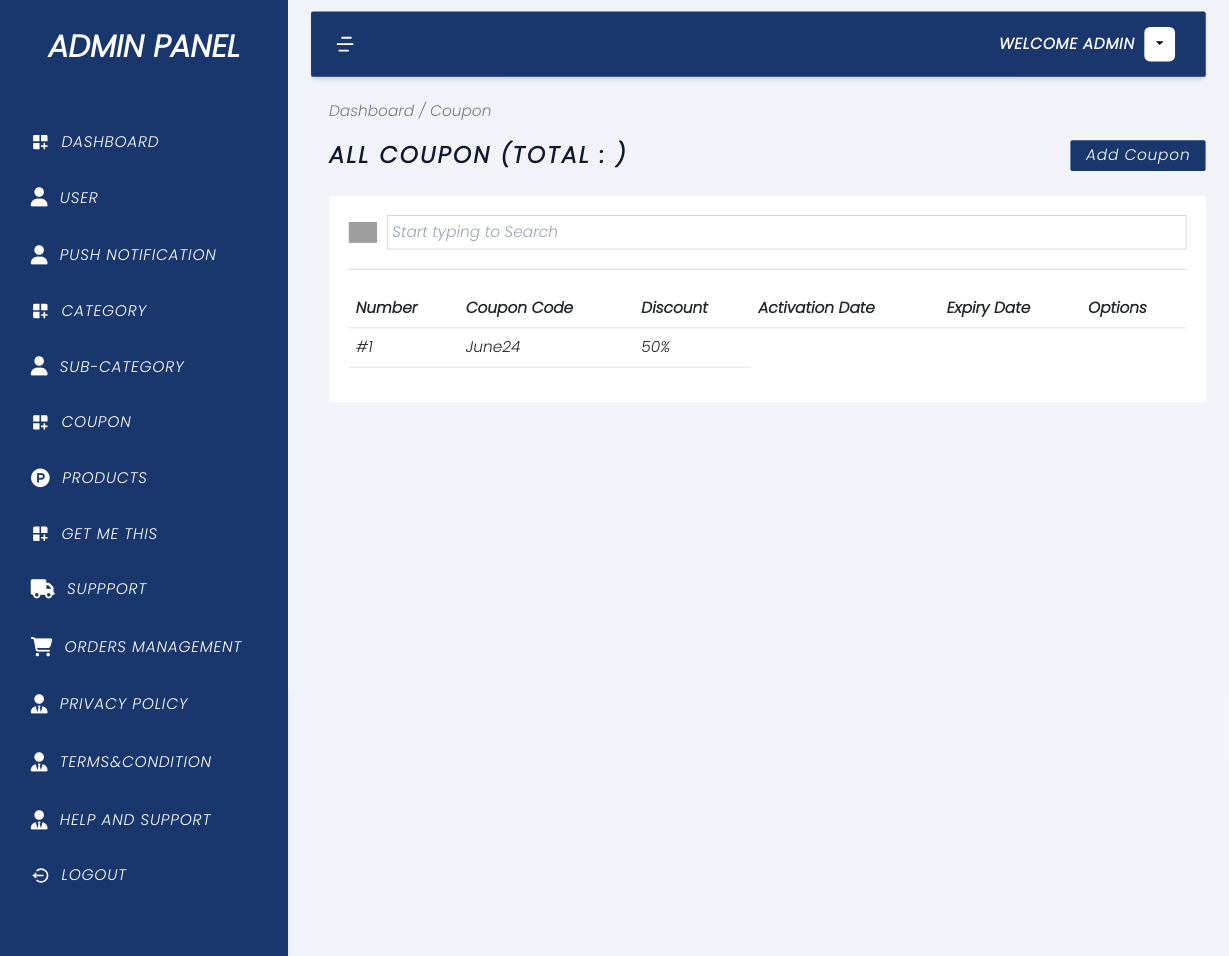
Repository: arpanmalik/project-khanna
Page: /coupon
These files come from the project's save history. The page is drawn as it stood at one moment and after a run of saves; the edit follows.
The browser window is 1280 px wide. The pictures show the whole page, at 96% of full size.
Pictures or frames that could not be fetched are drawn as grey boxes. Some web libraries are served in a nearby version. The project was rebuilt for these pictures with package versions that can differ from the ones it lists, and the page was loaded fresh each time. Also part of the build but not shown: src/E-CommerceAdmin/forms/Login.jsx, src/E-CommerceAdmin/pages/Dashboard.jsx, src/E-CommerceAdmin/pages/ECategory.js, src/E-CommerceAdmin/pages/EProduct.js, src/E-CommerceAdmin/pages/EVendorList.js, src/E-CommerceAdmin/pages/EAdminOrders.js, src/E-CommerceAdmin/pages/EAdminProduct.js, src/E-CommerceAdmin/pages/EAdminDelivery.js and 11 more. Imported but missing from the stored project, and not drawn on this page: src/E-CommerceAdmin/pages/Component/SpinnerComp, src/E-CommerceVendor/forms/EVendorLogin, src/E-CommerceVendor/pages/EVCategory, src/E-CommerceVendor/pages/EVCoupon, src/E-CommerceVendor/pages/EVDashboard, src/E-CommerceVendor/pages/EVOrders, src/E-CommerceVendor/pages/EVProduct, src/E-CommerceVendor/pages/EVSubCategory.

Above is the page before, as saved 2023-05-16 15:58:58.

### public/index.html
<!-- @format -->

<!DOCTYPE html>
<html lang="en">
  <head>
    <meta charset="utf-8" />
    <meta name="viewport" content="width=device-width, initial-scale=1" />
    <meta name="theme-color" content="#000000" />
    <meta
      name="description"
      content="Web site created using create-react-app"
    />
    <link rel="manifest" href="%PUBLIC_URL%/manifest.json" />
    <link rel="preconnect" href="https://fonts.googleapis.com">
<link rel="preconnect" href="https://fonts.gstatic.com" crossorigin>
<link href="https://fonts.googleapis.com/css2?family=Roboto+Mono:ital,wght@1,300&display=swap" rel="stylesheet">
    <title>Admin Panel</title>
  </head>
  <body>
    <noscript>You need to enable JavaScript to run this app.</noscript>
    <div id="root"></div>
    <script src="https://code.jquery.com/jquery-3.6.0.min.js"></script>
    <script src="https://kit.fontawesome.com/b533b351e4.js" crossorigin="anonymous"></script>
  </body>
</html>

### src/index.js
import React from "react";
import ReactDOM from "react-dom/client";
import "./index.css";
import App from "./App";
import { BrowserRouter } from "react-router-dom";
import 'bootstrap/dist/css/bootstrap.min.css'

const root = ReactDOM.createRoot(document.getElementById("root"));
root.render(
  <React.StrictMode>
    <BrowserRouter>
      <App />
    </BrowserRouter>
  </React.StrictMode>
);

### src/index.css
/** @format */

@tailwind base;
@tailwind components;
@tailwind utilities;

@import url("https://fonts.googleapis.com/css2?family=Roboto+Mono:ital,wght@1,300&display=swap");
@font-face {
  font-family: Roboto;
  src: url("./Fonts/Poppins-LightItalic.ttf");
}

body {
  margin: 0;
  font-family: Roboto !important;
  -webkit-font-smoothing: antialiased;
  -moz-osx-font-smoothing: grayscale;
}

code {
  font-family: Roboto !important;
}

html {
  font-family: Roboto !important;
}

::-webkit-scrollbar {
  width: 10px;
}
.fa-trash {
  color: red;
  cursor: pointer;
}

.iCOn {
  transition: 0.5s;
  box-shadow: none;
  transform: scale(1);
}
.cardDiv {
  cursor: pointer;
}

.cardDiv:hover .iCOn {
  box-shadow: rgba(0, 0, 0, 0.35) 0px 5px 15px;
  transform: scale(1.3);
}

/* Track */
::-webkit-scrollbar-track {
  background: #f1f1f1;
}

/* Handle */
::-webkit-scrollbar-thumb {
  background: #888;
}

/* Handle on hover */
::-webkit-scrollbar-thumb:hover {
  background: #555;
}
.profileImage {
  width: 100px;
}
.fa-eye {
  color: #029aff;
  cursor: pointer;
}
.fa-edit {
  cursor: pointer;
  color: blue;
}

.View {
  border: 1px solid black;
  width: 100%;
  padding: 10px;
}

.main-card--container {
  display: grid;
  grid-template-columns: repeat(3, minmax(300px, 500px));
  grid-gap: 50px;
  justify-content: space-around;
}
.card-container {
  margin: 25px 0 auto;
  box-shadow: rgba(0, 0, 0, 0.35) 0px 5px 15px;
  position: relative;
  display: grid;
  grid-template-columns: 1fr;
  justify-content: space-around;
  align-items: flex-start;
}

.myEdit:focus {
  box-shadow: rgba(0, 0, 0, 0.35) 0px 5px 15px;
}

.AstroLogin {
  color: #fff;
  background-color: #2b7a8e;
  padding: 10px;
  width: 380px;
  text-align: center;
  font-size: 20px;
  background: linear-gradient(to left, #2b7a8e 50%, #fff 50%) right;
  background-size: 200%;
  transition: 0.5s ease-out;
  border: 1px solid #2b7a8e;
  margin-top: 10px;
  text-transform: uppercase;
}
.AstroLogin:hover {
  background-position: left;
  color: #2b7a8e;
}

.EcommerceAdminLogin {
  color: #fff;
  background-color: #19376d;
  padding: 10px;
  width: 380px;
  text-align: center;
  font-size: 20px;
  background: linear-gradient(to left, #19376d 50%, #fff 50%) right;
  background-size: 200%;
  transition: 0.5s ease-out;
  border: 1px solid #19376d;
  margin-top: 10px;
  text-transform: uppercase;
}

.EcommerceAdminLogin:hover {
  background-position: left;
  color: #19376d;
}
.EcommerceVendorLogin {
  color: #fff;
  background-color: #576cbc;
  padding: 10px;
  width: 380px;
  text-align: center;
  font-size: 20px;
  background: linear-gradient(to left, #576cbc 50%, #fff 50%) right;
  background-size: 200%;
  transition: 0.5s ease-out;
  border: 1px solid #576cbc;
  margin-top: 10px;
  text-transform: uppercase;
}

.EcommerceVendorLogin:hover {
  background-position: left;
  color: #576cbc;
}

.view {
  background-color: #2196f3;
  color: #fff;
  width: 50%;
  padding: 5px;
}

.two-sec {
  display: flex;
  justify-content: space-evenly;
  justify-content: space-evenly;
}
.two-sec .left {
  width: 60%;
  background-color: #f6f1ef;
  padding: 20px;
}
.two-sec .left .head {
  font-size: 25px;
  font-weight: bold;
}

.two-sec .right {
  width: 30%;
  background-color: #f6f1ef;
}

.searchDiv {
  width: 100%;
  display: flex;
  gap: 10px;
  border: 1px solid rgb(179, 179, 179);
  padding: 10px;
  margin-bottom: 20px;
  align-items: center;
}
.searchDiv input {
  width: 94%;
  outline: none;
  border: none;
}

.flexCont {
  display: flex;
  align-items: center;
  gap: 10px;
}
.flexCont img {
  width: 60px;
  background-color: #e9ecef;
}

.blockContent {
  display: block;
}
.blockContent p {
  margin: 0;
}

.checkBox {
  width: 50px;
  height: 25px;
  background-color: #e9ecef;
  border-radius: 50px;
  position: relative;
  cursor: pointer;
}
.checkBox span {
  width: 20px;
  height: 20px;
  border-radius: 100%;
  background-color: #fff;
  position: absolute;
  left: 5px;
  top: 2px;
}
.ActivecheckBox {
  width: 50px;
  height: 25px;
  background-color: #0d6efd;
  border-radius: 50px;
  position: relative;
  cursor: pointer;
}
.ActivecheckBox span {
  width: 20px;
  height: 20px;
  border-radius: 100%;
  background-color: #fff;
  position: absolute;
  right: 5px;
  top: 2px;
}

.fa-eye {
  color: #0cba73;
  background-color: #d6f8e8;
  width: 40px;
  text-align: center;
  height: 40px;
  display: flex;
  border-radius: 100%;
  justify-content: center;
  padding-top: 10px;
  transition: 0.5s;
}

.fa-pen-to-square {
  color: #f4c39c;
  background-color: #ffebdb;
  width: 40px;
  text-align: center;
  height: 40px;
  display: flex;
  border-radius: 100%;
  justify-content: center;
  padding-top: 10px;
  cursor: pointer;
  transition: 0.5s;
}
.fa-trash {
  color: #df939f;
  background-color: #ffe1e8;
  width: 40px;
  text-align: center;
  height: 40px;
  display: flex;
  border-radius: 100%;
  justify-content: center;
  padding-top: 10px;
  cursor: pointer;
  transition: 0.5s;
}
.fa-trash:hover {
  transform: scale(1.2);
}
.fa-eye:hover {
  transform: scale(1.2);
}
.fa-pen-to-square:hover {
  transform: scale(1.2);
}
.required {
  color: #e74260;
}

.headP {
  margin-left: 2%;
  color: #7b7c7d;
}
.filterBox {
  display: flex;
  align-items: center;
  gap: 10px;
  border-bottom: 1px solid #d4d7dc;
  padding-bottom: 20px;
  margin-bottom: 20px;
}
.filterBox img {
  width: 30px;
}
.filterBox input {
  width: 100%;
  border: 1px solid #d4d7dc;
  outline: none;
  padding: 5px;
  color: black;
}
.sectionCont {
  width: 98%;
  background-color: #fff;
  margin-left: 2%;
  padding: 20px;
}

.overFlowCont {
  width: 100%;
  overflow-x: auto;
}

.logo {
  width: 300px;
  margin-bottom: 20px;
}

.updateProfile {
  margin-left: 20px;
  border: 1px solid #fff;
  border-radius: 100%;
  font-size: 1.2rem;
  padding: 10px;
  transition: 0.5s;
  cursor: pointer;
}
.updateProfile:hover {
  border: 1px solid #19376d;
  color: #19376d;
  background-color: #fff;
}

.Normalbtn {
  background-color: #19376d !important;
  border: 1px solid #19376d !important;
  border-radius: 0px !important;
}

.ImageCarousel {
  width: 150px !important;
  margin: 0px !important;
  height: 150px !important;
}
.CarouselImages {
  width: 150px !important;
  height: 150px !important;
}
.CarouselImages img {
  width: 100% !important;
  height: 100% !important;
}

.ModalCarousel {
  width: 100% !important;
  height: 500px !important;
}
.ModalCarousel {
  width: 100% !important;
  height: 500px !important;
}
.ModalCarousel img {
  width: 100% !important;
  height: 500px !important;
}

.gridCont {
  display: grid;
  grid-template-columns: auto auto auto;
  justify-content: space-evenly;
}
.gridCont div {
  width: 400px;
  height: 300px;
  box-shadow: rgba(0, 0, 0, 0.35) 0px 5px 15px;
  padding: 10px;
  position: relative;
  margin-top: 20px;
}
.gridCont div img {
  width: 100%;
}
.delete-Btn {
  width: 90%;
  margin-left: 2%;
  color: #c44b3f;
  border: 1px solid #c44b3f;
  position: absolute;
  bottom: 10px;
  transition: 0.5s;
  padding: 10px;
}

.delete-Btn:hover {
  background-color: #c44b3f;
  color: #fff;
}

.BannerCarousel {
  width: 300px;
  margin: 0px !important;
}
.BannerCarouselImage {
  width: 300px;
}
.BannerCarouselImage img {
  width: 100%;
}

.pagination {
  display: flex;
  justify-content: center;
  align-items: center;
  gap: 10px;
  margin-bottom: 20px;
}
.pagination button {
  border: 1px solid black;
  padding: 10px;
}

.activePage {
  background-color: #19376d;
  color: #fff;
  border: 1px solid #19376d !important;
}

.active {
  background-color: #fff;
  color: #19376d !important;
}
.prevBtn {
  background-color: #fff;
  color: #19376d;
  border: 1px solid #19376d !important;
  transition: 0.5s;
}

.prevBtn:hover,
.prevBtn:focus,
.prevBtn:active {
  background-color: #19376d;
  color: #fff;
  border: 1px solid #19376d !important;
}
.nextBtn {
  background-color: #fff;
  color: #19376d;
  border: 1px solid #19376d !important;
  transition: 0.5s;
}

.nextBtn:hover,
.nextBtn:focus,
.nextBtn:active {
  background-color: #19376d;
  color: #fff;
  border: 1px solid #19376d !important;
}

.dangerBox {
  position: relative;
}
.dangerBox i {
  position: absolute;
  top: 50%;
  left: 90%;
  transform: translate(-50%, -50%);
  cursor: pointer;
}



#dropdown-basic{
  background-color: white;
  color: #000;
  border: none;
}

### src/E-CommerceAdmin/pages/Coupon.js
/** @format */
import React  from "react";
import { Button, Form, Modal, Table } from "react-bootstrap";
import HOC from "../layout/HOC";

const Coupon = () => {
  const [modalShow, setModalShow] = React.useState(false);





  function MyVerticallyCenteredModal(props) {

    return (
      <Modal
        {...props}
        size="lg"
        aria-labelledby="contained-modal-title-vcenter"
        centered
      >
        <Modal.Header closeButton>
          <Modal.Title id="contained-modal-title-vcenter">
            {" "}
            Add Coupon Code
          </Modal.Title>
        </Modal.Header>
        <Modal.Body>
          <Form >
            <Form.Group className="mb-3">
              <Form.Label>Coupon Length</Form.Label>
              <Form.Control
                type="number"
                min={0}
                required
              />
            </Form.Group>

            <Form.Group className="mb-3">
              <Form.Label>Discount Start</Form.Label>
              <Form.Control
                type="number"
                min={0}
                required
              />
            </Form.Group>

            <Form.Group className="mb-3">
              <Form.Label>Discount End</Form.Label>
              <Form.Control
                type="number"
                min={0}
                required
              />
            </Form.Group>

            <Form.Group className="mb-3">
              <Form.Label>Available Start</Form.Label>
              <Form.Control
                type="number"
                min={0}
                required
              />
            </Form.Group>
            <Form.Group className="mb-3">
              <Form.Label>Available End</Form.Label>
              <Form.Control
                type="number"
                min={0}
                required
              />
            </Form.Group>

            <Button
              style={{ backgroundColor: "#19376d", borderRadius: "0" }}
              type="submit"
            >
              Submit
            </Button>
          </Form>
        </Modal.Body>
      </Modal>
    );
  }

  const data =[
    {
      code : "June24" ,
      discount : "50%" ,
      ADate : "12 June 2023" ,
      EDate : "24 July 2023"
    }
  ]


  return (
    <>
      <MyVerticallyCenteredModal
        show={modalShow}
        onHide={() => setModalShow(false)}
      />

      <p className="headP">Dashboard / Coupon</p>

      <div
        className="pb-4 sticky top-0  w-full flex justify-between items-center"
        style={{ width: "98%", marginLeft: "2%" }}
      >
        <span
          className="tracking-widest text-slate-900 font-semibold uppercase "
          style={{ fontSize: "1.5rem" }}
        >
          All Coupon (Total : )
        </span>
        <button
          onClick={() => {
            setModalShow(true);
          }}
          className="md:py-2 px-3 md:px-4 py-1 rounded-sm  bg-[#19376d] text-white tracking-wider"
        >
          Add Coupon
        </button>
      </div>
      <section className="sectionCont">
        <div className="filterBox">
          <img
            src="https://t4.ftcdn.net/jpg/01/41/97/61/360_F_141976137_kQrdYIvfn3e0RT1EWbZOmQciOKLMgCwG.jpg"
            alt=""
          />
          <input
            type="search"
            placeholder="Start typing to Search"
          />
        </div>

        <div className="overFlowCont">
          <Table>
            <thead>
              <tr>
                <th>Number</th>
                <th>Coupon Code</th>
                <th>Discount</th>
                <th>Activation Date</th>
                <th>Expiry Date</th>
                <th>Options</th>
              </tr>
            </thead>
            <tbody>
              {data.map((i , index) => (
                <tr key={index}>
                  <td> #{index + 1} </td>
                  <td> {i.code} </td>
                  <td> {i.discount} </td>
                </tr>
              ))}
            </tbody>
          </Table>
        </div>
      </section>
    </>
  );
};

export default HOC(Coupon);

### src/E-CommerceAdmin/layout/HOC.jsx
/** @format */

import React, { useState } from "react";
import Navbar from "./Navbar";
import Sidebar from "./Sidebar";

const HOC = (Wcomponenet) => {
  return function Component() {
    const [hamb, setHamb] = useState(false);
    return (
      <>
        <section
          className="flex overflow-x-hidden relative "
          style={{ backgroundColor: "#f2f3f8" }}
        >
          {/* Sidebar */}
          <div
            className={
              hamb
                ? " absolute top-0 z-30 md:w-auto shadow-md bg-slate-200  w-60 transition-all md:-left-full left duration-150  h-auto overflow-y-auto  left-0 "
                : " md:w-72 z-30 bg-slate-200  shadow-md  md:static absolute top-0 -left-full   transition-all duration-150  overflow-y-auto h-auto"
            }
            style={{ minWidth: "300px" }}
          >
            <Sidebar hamb={hamb} setHamb={setHamb} />
          </div>
          {/* Components & Navbar */}
          <div
            className={
              hamb
                ? " transition-all px-4 py-2  duration-150 w-full h-screen"
                : " w-full h-screen  px-4 py-2   z-50 transition-all duration-150 "
            }
            style={{ backgroundColor: "#f2f3f8" }}
          >
            <Navbar hamb={hamb} setHamb={setHamb} />
            <div className="my-6 text-#000 h-[87%] wcomp overflow-y-auto">
              {" "}
              <Wcomponenet />
            </div>
          </div>
        </section>
      </>
    );
  };
};

export default HOC;

### src/E-CommerceAdmin/layout/Navbar.jsx
/** @format */
import { RiMenu4Line } from "react-icons/ri";
import Dropdown from "react-bootstrap/Dropdown";
import { UpdateProfile } from "../../Modals";
import { useState } from "react";
import { useNavigate } from "react-router-dom";
import { toast } from "react-toastify";

const Navbar = ({ hamb, setHamb }) => {
  const [modalShow, setModalShow] = useState(false);
  const navigate = useNavigate();

  function LogOut () {
    navigate('/')
    toast.success("Logged Out")
  }

  return (
    <>
      <UpdateProfile show={modalShow} onHide={() => setModalShow(false)} />
      <div
        className={
          hamb
            ? "flex  w-full justify-between  my-1 rounded-sm  p-4 py-3 shadow-md items-center  bg-slate-200 space-x-4"
            : "flex  w-full justify-between my-1 rounded-sm  p-4 py-3 shadow-md items-center  bg-slate-200 space-x-4"
        }
        style={{ backgroundColor: "#19376d" }}
      >
        <RiMenu4Line
          onClick={() => setHamb(!hamb)}
          className="text-2xl font-bold text-gray-900 hover:scale-90 cursor-pointer"
          style={{ color: "#fff" }}
        />

        <section className="flex sm:ml-auto justify-end sm:w-full items-center space-x-2  pr-2">
          <figcaption
            className="tracking-wider pl-1 font-semibold d-flex"
            style={{ gap: "10px", alignItems: "center" }}
          >
            <div
              className="lg:text-base text-sm text-gray-900  uppercase"
              style={{ color: "#fff" }}
            >
              Welcome Admin
            </div>
            <Dropdown>
              <Dropdown.Toggle id="dropdown-basic"></Dropdown.Toggle>

              <Dropdown.Menu>
                <Dropdown.Item onClick={() => setModalShow(true)}>
                  Update Profile <i className="fa-solid fa-user"></i>{" "}
                </Dropdown.Item>
                <Dropdown.Item onClick={() => LogOut()} >
                  Logout <i className="fa-solid fa-right-from-bracket"></i>{" "}
                </Dropdown.Item>
              </Dropdown.Menu>
            </Dropdown>
          </figcaption>
        </section>
      </div>
    </>
  );
};

export default Navbar;

### src/E-CommerceAdmin/layout/Sidebar.jsx
/** @format */

import React from "react";
import { RiCloseLine } from "react-icons/ri";
import { Link, useNavigate } from "react-router-dom";
import { BiLogOutCircle } from "react-icons/bi";
import { MdDashboardCustomize } from "react-icons/md";

const Sidebar = ({ hamb, setHamb }) => {
  const navigate = useNavigate();

  const nav = [
    {
      icon: <MdDashboardCustomize className="text-xl mr-3 rounded-full " />,
      link: "/dashboard ",
      name: "Dashboard",
    },
    {
      icon: <i className="fa-solid fa-user text-xl mr-3 rounded-full"></i>,
      link: "/Admin",
      name: "User",
    },
    {
      icon: <i className="fa-solid fa-user text-xl mr-3 rounded-full"></i>,
      link: "/pushNotification",
      name: "Push Notification",
    },  {
      icon: <MdDashboardCustomize className="text-xl mr-3 rounded-full " />,
      link: "/Category",
      name: "Category",
    },

    {
      icon: <i className="fa-solid fa-user text-xl mr-3 rounded-full"></i>,
      link: "/sub-category",
      name: "Sub-Category",
    },

    {
      icon: <MdDashboardCustomize className="text-xl mr-3 rounded-full " />,
      link: "/coupon",
      name: "Coupon",
    },
    {
      icon: (
        <i className="fa-brands fa-product-hunt text-xl mr-3 rounded-full"></i>
      ),
      link: "/Product",
      name: "Products",
    },






    {
      icon: <MdDashboardCustomize className="text-xl mr-3 rounded-full " />,
      link: "/getMeThis",
      name: "Get Me This",
    },
    {
      icon: <i className="fa-solid fa-truck  text-xl mr-3 rounded-full"></i>,
      link: "/Support",
      name: "Suppport",
    },
    {
      icon: (
        <i className="fa-solid fa-cart-shopping text-xl mr-3 rounded-full"></i>
      ),
      link: "/Orders",
      name: "Orders Management",
    },

    {
      icon: <i className="fa-solid fa-user-tie text-xl mr-3 rounded-full"></i>,
      link: "/privacy",
      name: "Privacy Policy",
    },
    {
      icon: <i className="fa-solid fa-user-tie text-xl mr-3 rounded-full"></i>,
      link: "/terms",
      name: "Terms&Condition",
    },
    // {
    //   icon: <i className="fa-solid fa-user-tie text-xl mr-3 rounded-full"></i>,
    //   link: "/helpSupport",
    //   name: "Help and Support",
    // },
    {
      icon: <i className="fa-solid fa-user-tie text-xl mr-3 rounded-full"></i>,
      link: "/complaints",
      name: "Help and Support",
    },
  ];

  const logOut = () => {
    localStorage.clear()
    navigate("/");
  };

  return (
    <>
      <aside
        className="p-4 h-auto"
        style={{ backgroundColor: "#19376d", minHeight: "100vh" }}
      >
        {/* Top */}
        <div className="w-full md:hidden relative  p-2 mb-4">
          <RiCloseLine
            onClick={() => setHamb(!hamb)}
            className="text-3xl  absolute top-2 sm:hover:rotate-[228deg] transition-transform font-bold right-2 sm:hover:text-[22px] text-[rgb(241,146,46)] cursor-pointer"
          />
        </div>{" "}
        <figure className="flex  flex-col items-center">
          <span
            className="font-bold text-[#fff]"
            style={{
              fontSize: "2rem",
              textAlign: "center",
              textTransform: "uppercase",
            }}
          >
            {" "}
            ADMIN PANEL
          </span>
        </figure>
        <nav className="py-6">
          {nav.map((nav) => {
            return (
              <Link
                to={nav.link}
                key={nav.name}
                className=""
                style={{ textDecoration: "none", textTransform: "uppercase" }}
              >
                <span
                  className="flex my-3 items-center cursor-pointer text-gray-900    tracking-wider p-2 rounded-sm"
                  style={{ color: "#FFF" }}
                >
                  {nav.icon} {nav.name}
                </span>
              </Link>
            );
          })}
          <span
            className="flex my-3 items-center cursor-pointer text-gray-900    tracking-wider p-2 rounded-sm"
            onClick={() => logOut()}
            style={{ color: "#FFF", textTransform: "uppercase" }}
          >
            <BiLogOutCircle className="text-xl mr-3 rounded-full " /> LogOut
          </span>
        </nav>
      </aside>
    </>
  );
};

export default Sidebar;

Loaded but not shown: tailwind.config.js (common file); src/App.js (92 lines, source omitted); src/Modals.js (41 lines, source omitted)

After the next 2 saves:
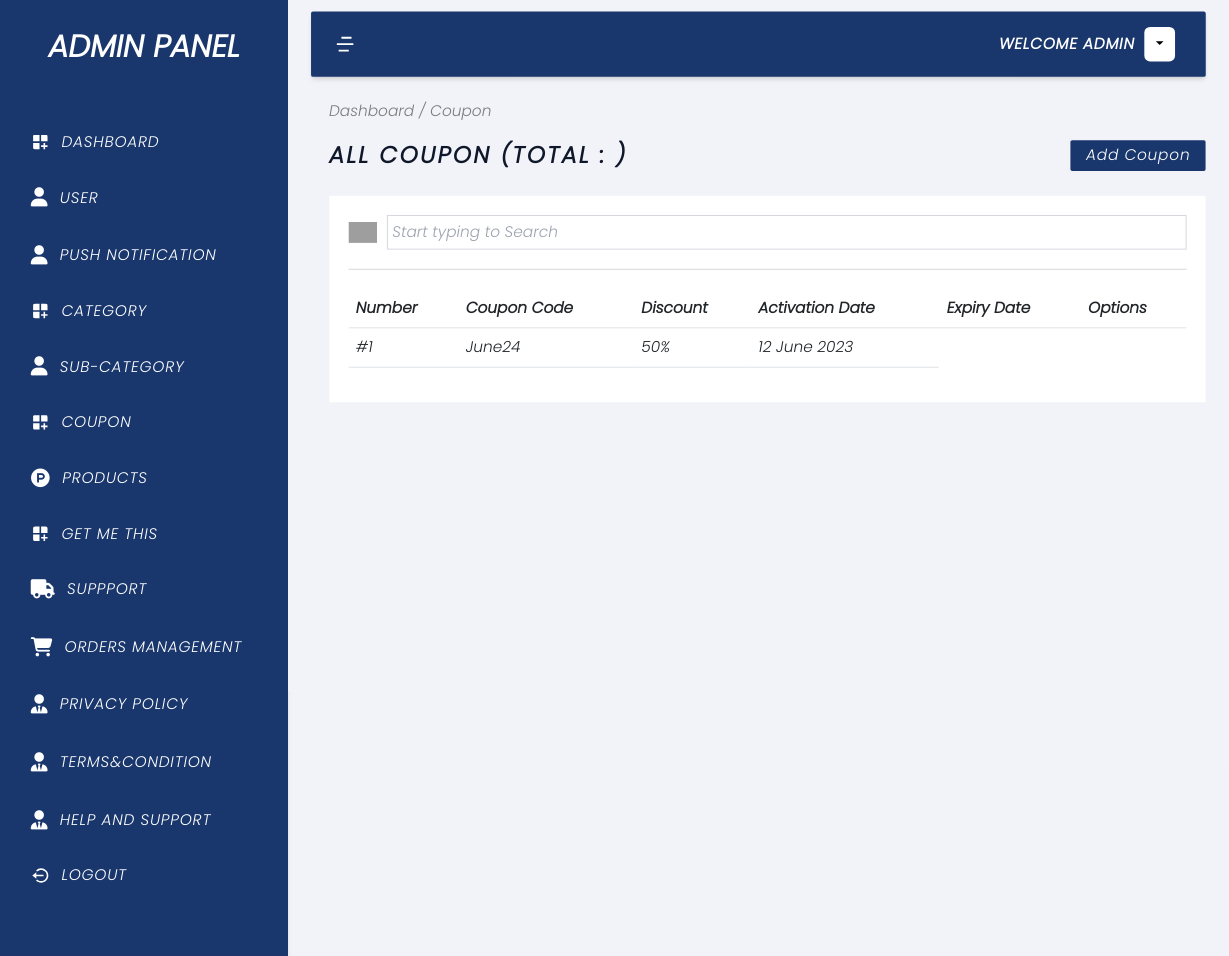
The 2 saves are shown as one change because they came seconds apart.
The last was saved 6 s later.
--- a/src/E-CommerceAdmin/pages/Coupon.js
+++ b/src/E-CommerceAdmin/pages/Coupon.js
@@ -151,6 +151,7 @@ const Coupon = () => {
                   <td> #{index + 1} </td>
                   <td> {i.code} </td>
                   <td> {i.discount} </td>
+                  <td> {i.ADate} </td>
                 </tr>
               ))}
             </tbody>
